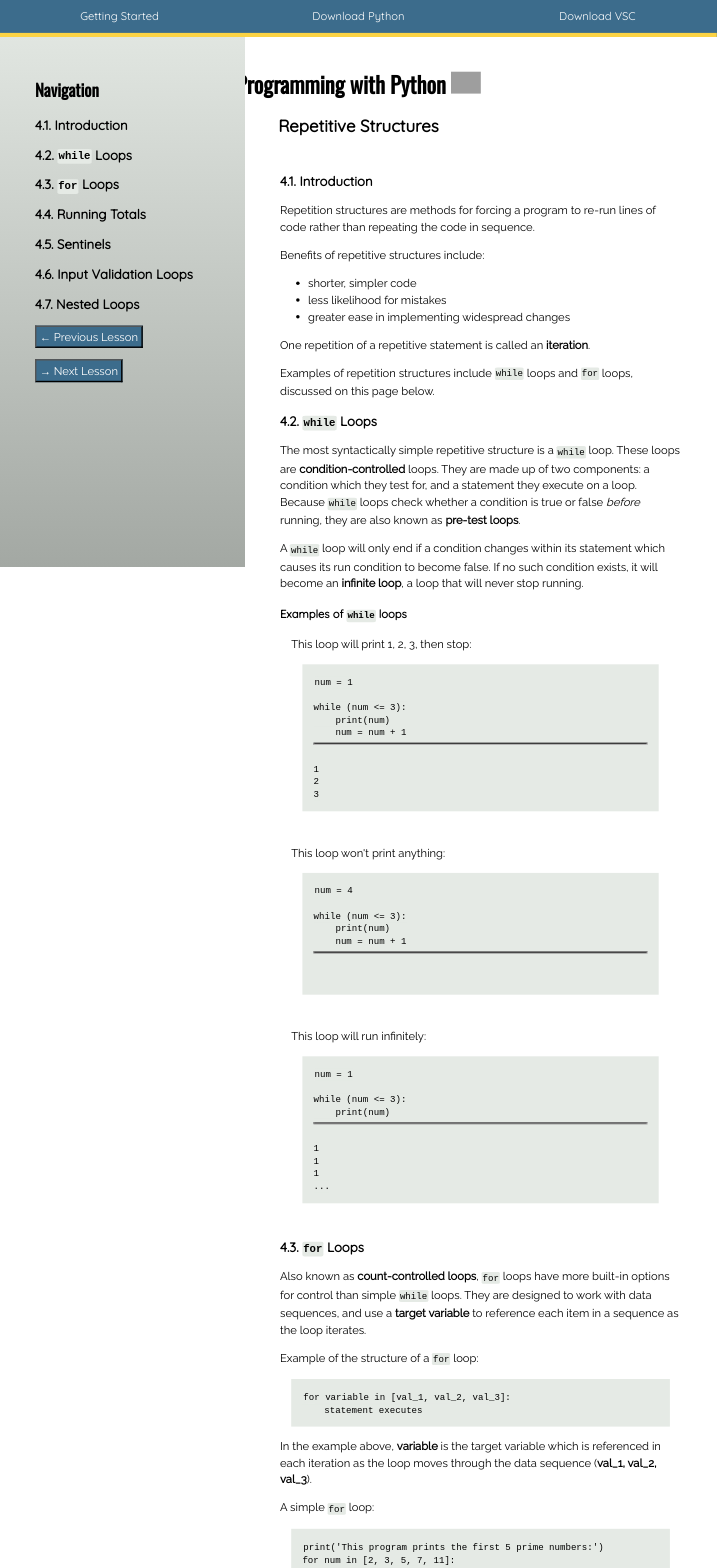
Repository: emnharris/FreeCodeCampChallenges
Page: responsive-web-design/technical-documentation-page/python-tutorial.html
An editor plug-in stored every save of this project. The page is shown before and after the next save, followed by the edit.
The browser window is 1024 px wide. The pictures show the part of the page from y = 0 to 2240 px (the page is 5840 px tall), at 70% of full size.
Pictures or frames that could not be fetched are drawn as grey boxes.

Above is the page before, as saved 2020-04-17 23:26:10.

After the next save:
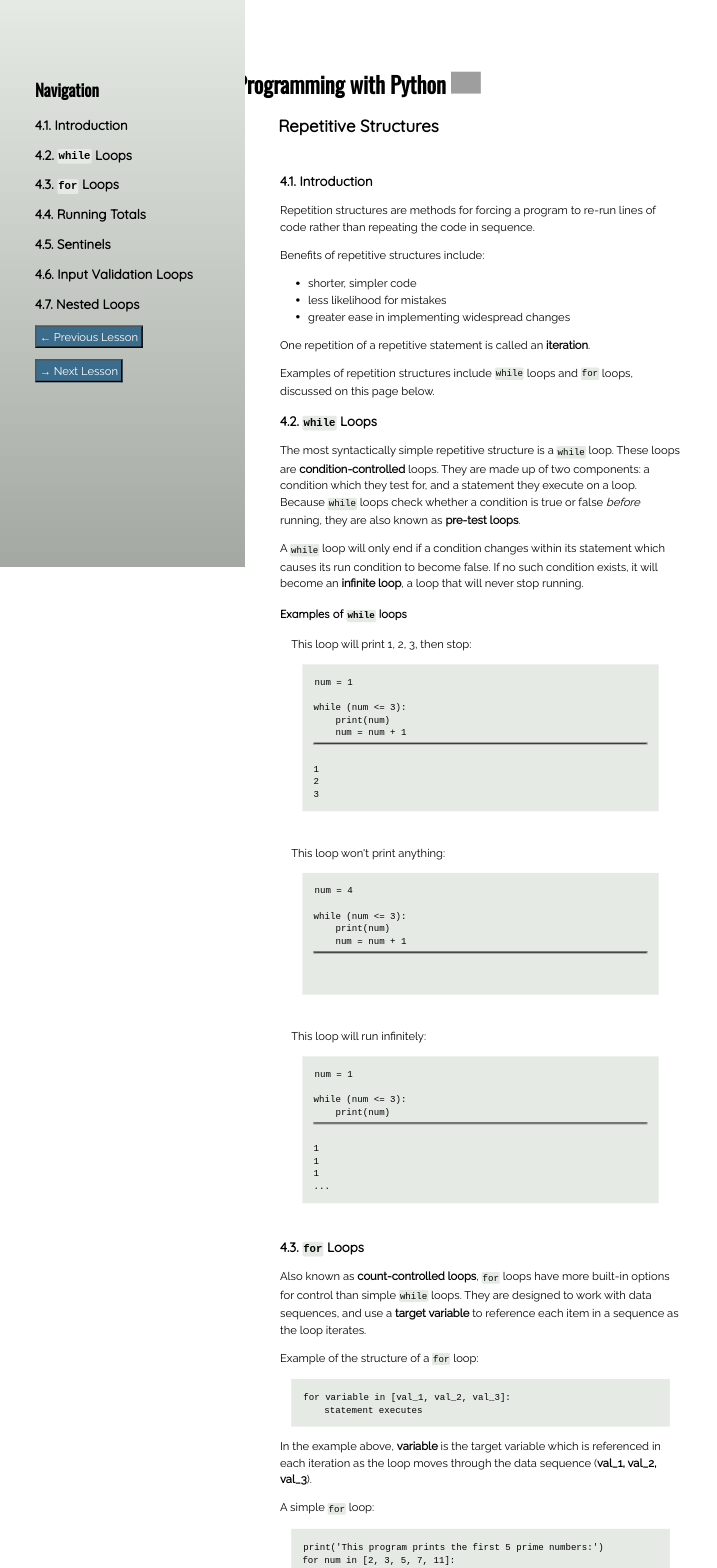
Saved 14 min 33 s later.
--- a/responsive-web-design/technical-documentation-page/python-tutorial.css
+++ b/responsive-web-design/technical-documentation-page/python-tutorial.css
@@ -178,3 +178,10 @@
         padding-top: 50%; */
     }
 }
+
+@media (max-width: 1200px)
+{
+    #navbar {
+        display: none;
+    }
+}
